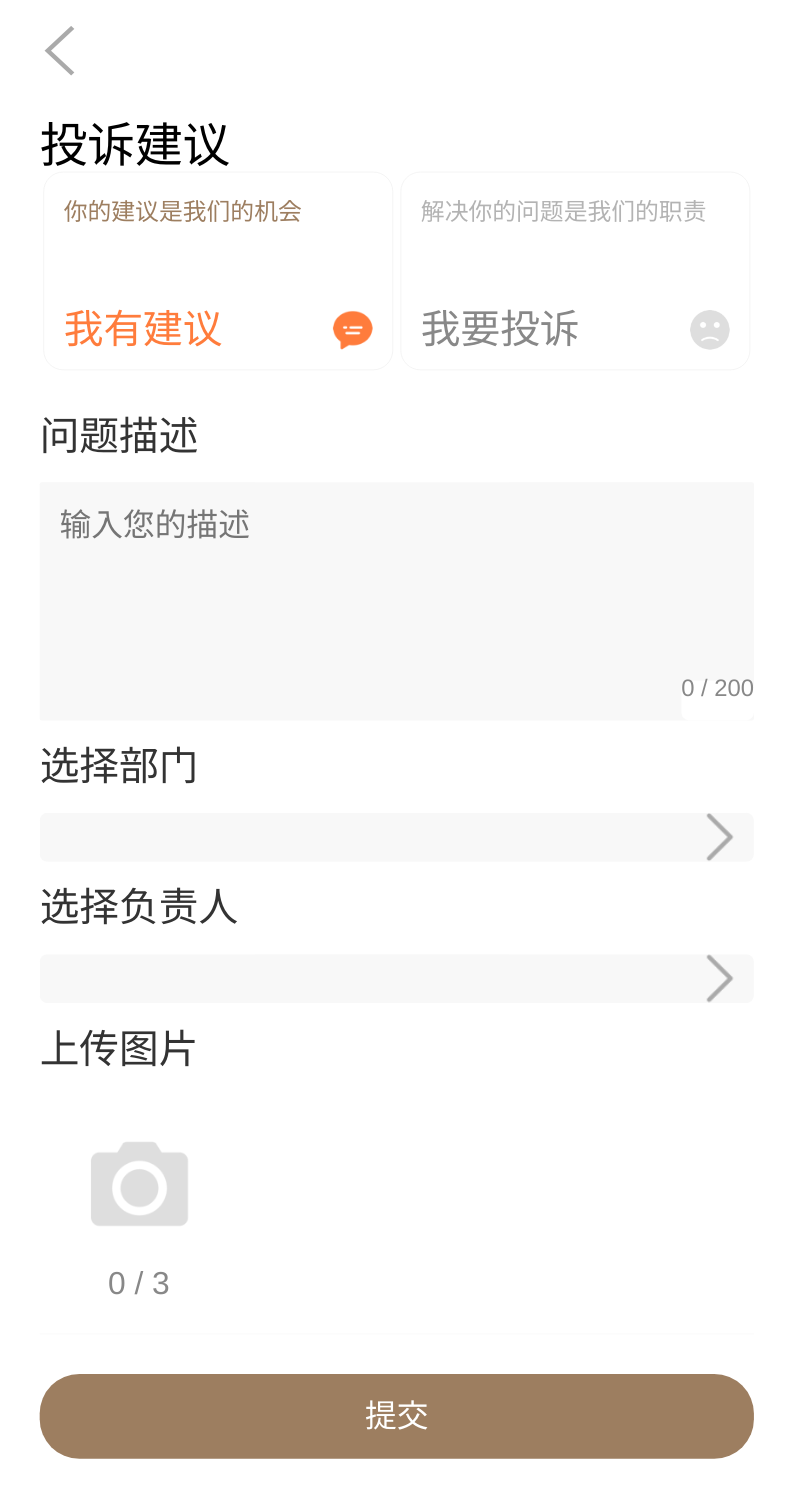
Repository: missing-star/rockBridge
Page: complaint.html
The author's editor kept a copy of each file at every save. The page is drawn from the files as they stood at one save, then again after a run of saves.
The browser window is 1280 px wide. The pictures show the whole page, at 62% of full size.

Above is the page before, as saved 2019-04-19 10:54:19.

After the next 3 saves:
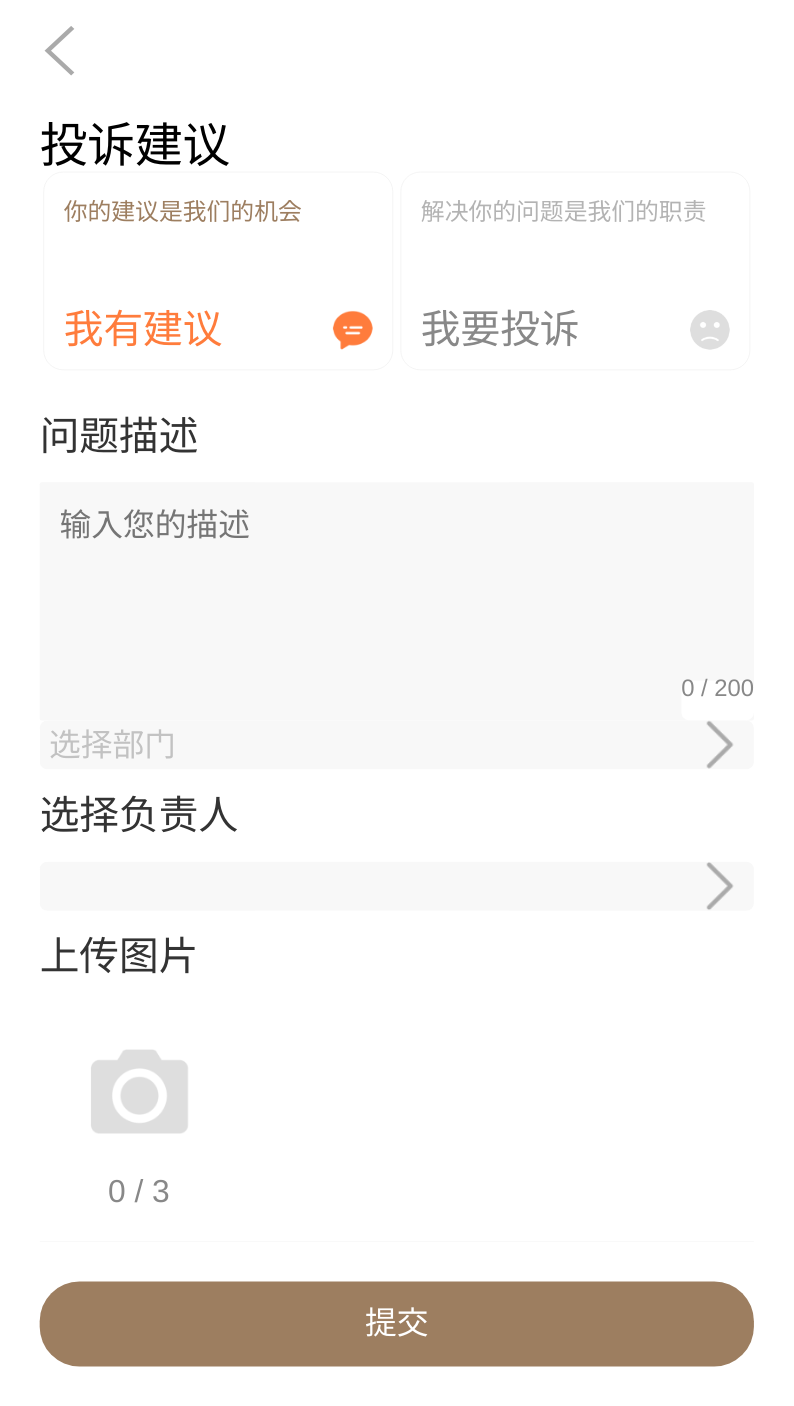
The 3 saves are shown as one change because they came seconds apart.
The last was saved 20 s later.
--- a/complaint.html
+++ b/complaint.html
@@ -54,9 +54,8 @@
                 <span v-cloak class="amount">{{inputContent.length}} / 200</span>
             </div>
             <!-- <input v-model="selectedNumber" id="number-btn" readonly type="text" class="number-value arrow-right"> -->
-            <p class="title-ques">选择部门</p>
             <div class="question-desc">
-                <input id="choose-section" readonly type="text" class="number-value arrow-right">
+                <input placeholder="选择部门" id="choose-section" readonly type="text" class="number-value arrow-right">
             </div>
             <p class="title-ques">选择负责人</p>
             <div class="question-desc">
